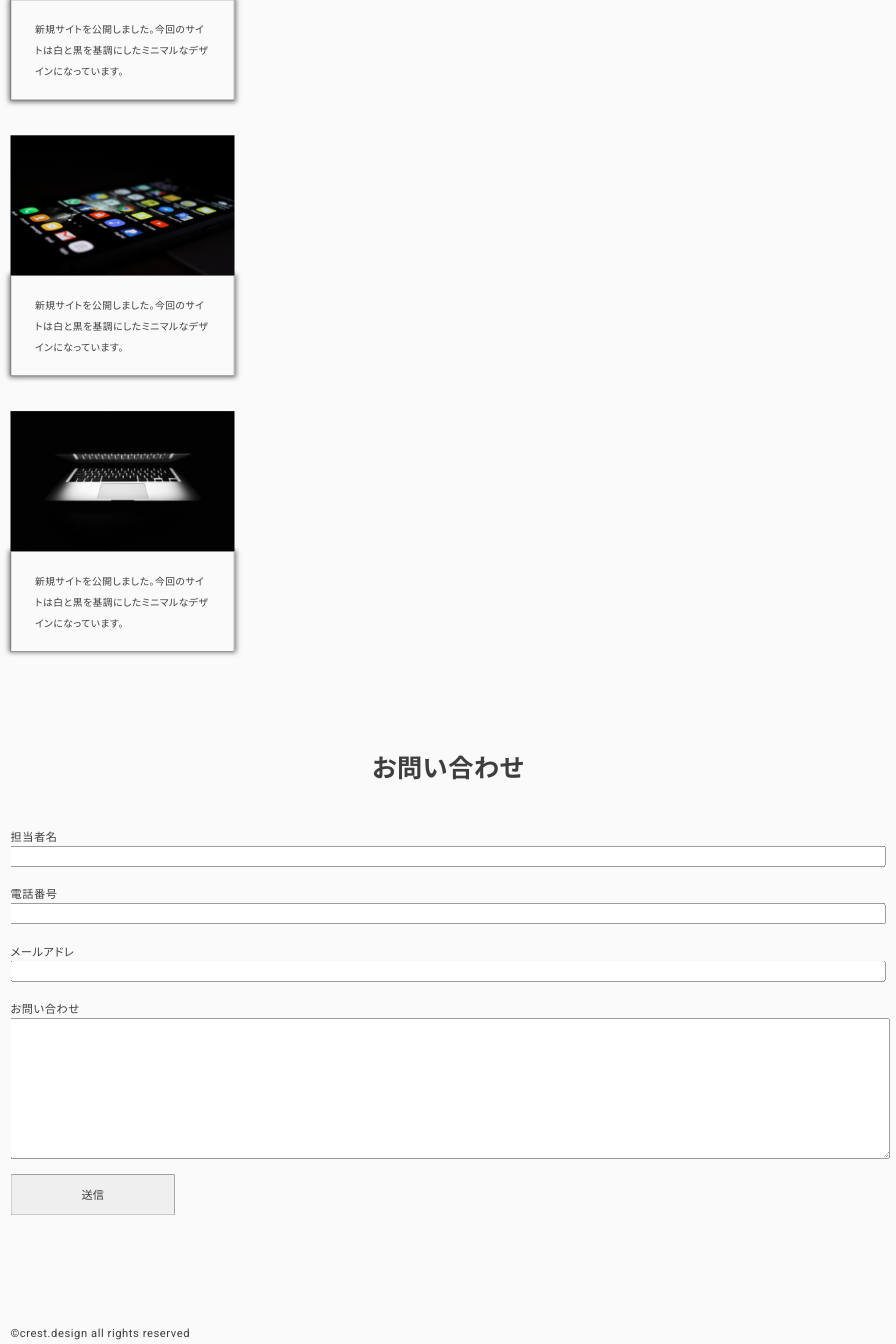
Repository: hatarakimono-kumasan/kurisuta_1st
Page: index.html
The author's editor kept a copy of each file at every save. The page is drawn from the files as they stood at one save, then again after the next save.
The browser window is 1280 px wide. The pictures show the part of the page from y = 4016 to 5936 px (the page is 5936 px tall), at 70% of full size.
Some web libraries are served in a nearby version. The style sheet was rebuilt from its Sass, Less or Tailwind sources for each picture, by a compiler version that may differ from the author's.

Above is the page before, as saved 2020-05-15 11:57:20.

After the next save:
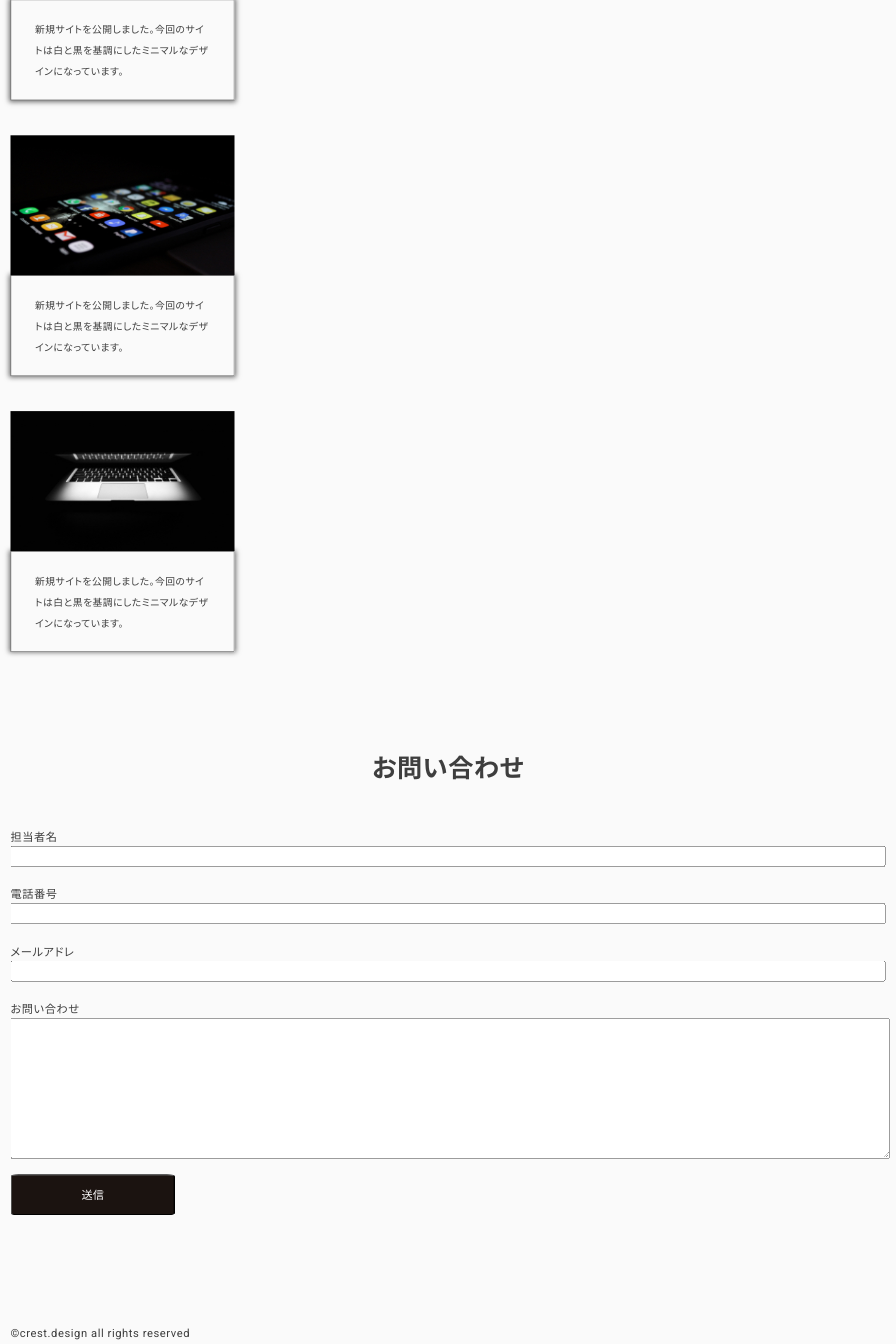
Saved 85 s later.
--- a/scss/layout/_main.scss
+++ b/scss/layout/_main.scss
@@ -105,6 +105,9 @@ contact
 			input {
 				width: 235px;
 				height: 59px;
+				border-radius: 5%;
+				background-color: #1b1310;
+				color: #fff;
 			}
 		}
 	}
